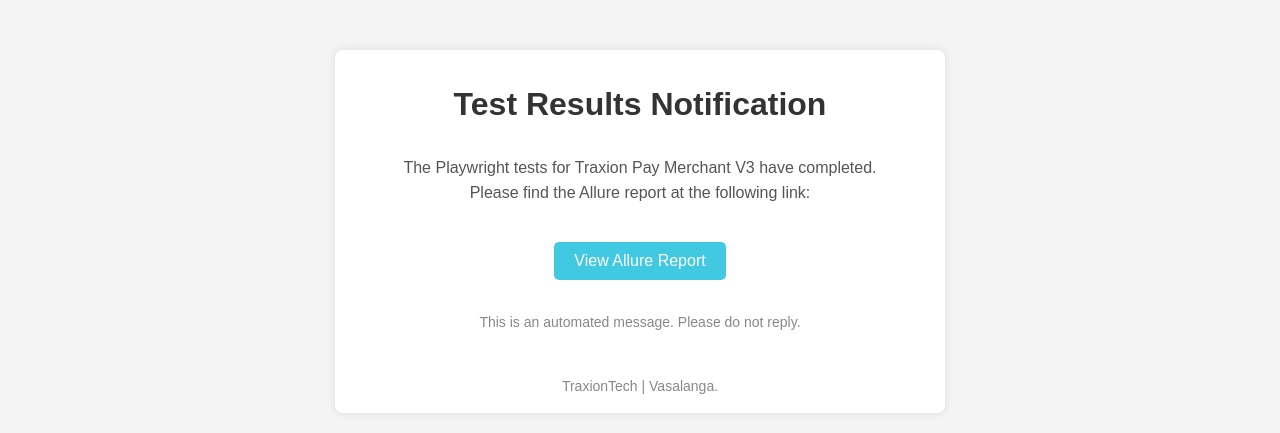
Repository: jmendozaqa24/TraxionPay-V3
Page: template.html
An editor plug-in stored every save of this project. The page is shown before and after the next save, followed by the edit.
The browser window is 1280 px wide. The pictures show the whole page.

Above is the page before, as saved 2025-01-31 10:50:22.

After the next save:
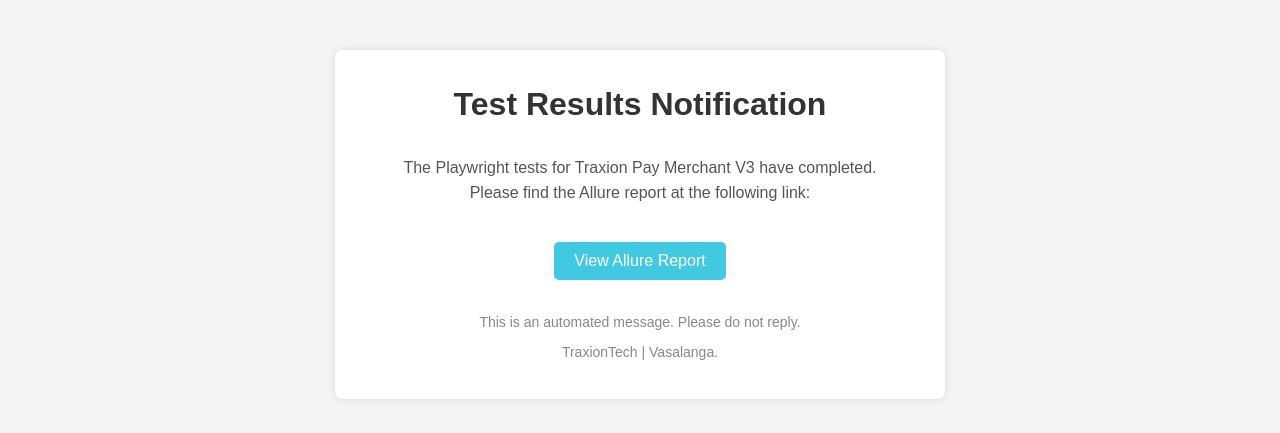
Saved 14 s later.
--- a/template.html
+++ b/template.html
@@ -21,9 +21,10 @@
                     </div>
                     <div style="text-align: center; padding-top: 20px; font-size: 14px; color: #888888;">
                         <p>This is an automated message. Please do not reply.</p>
+                        <p>TraxionTech | Vasalanga.</p>
                     </div>
                     <div style="text-align: center; padding-top: 20px; font-size: 14px; color: #888888;">
-                        <p>TraxionTech | Vasalanga.</p>
+
                     </div>
                 </div>
             </body>

After the save that followed:
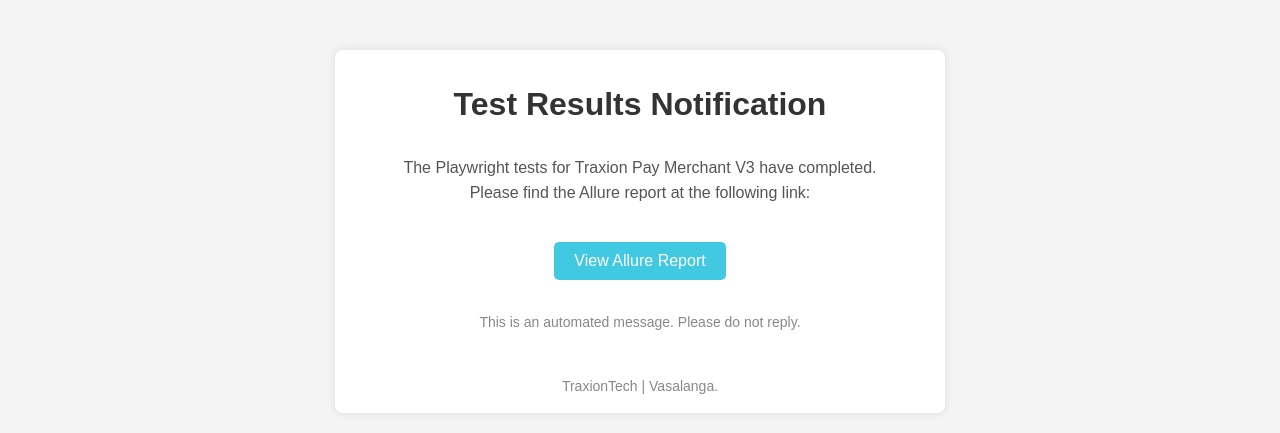
Saved 7 s later.
--- a/template.html
+++ b/template.html
@@ -21,10 +21,9 @@
                     </div>
                     <div style="text-align: center; padding-top: 20px; font-size: 14px; color: #888888;">
                         <p>This is an automated message. Please do not reply.</p>
-                        <p>TraxionTech | Vasalanga.</p>
                     </div>
                     <div style="text-align: center; padding-top: 20px; font-size: 14px; color: #888888;">
-
+                        <p>TraxionTech | Vasalanga.</p>
                     </div>
                 </div>
             </body>
